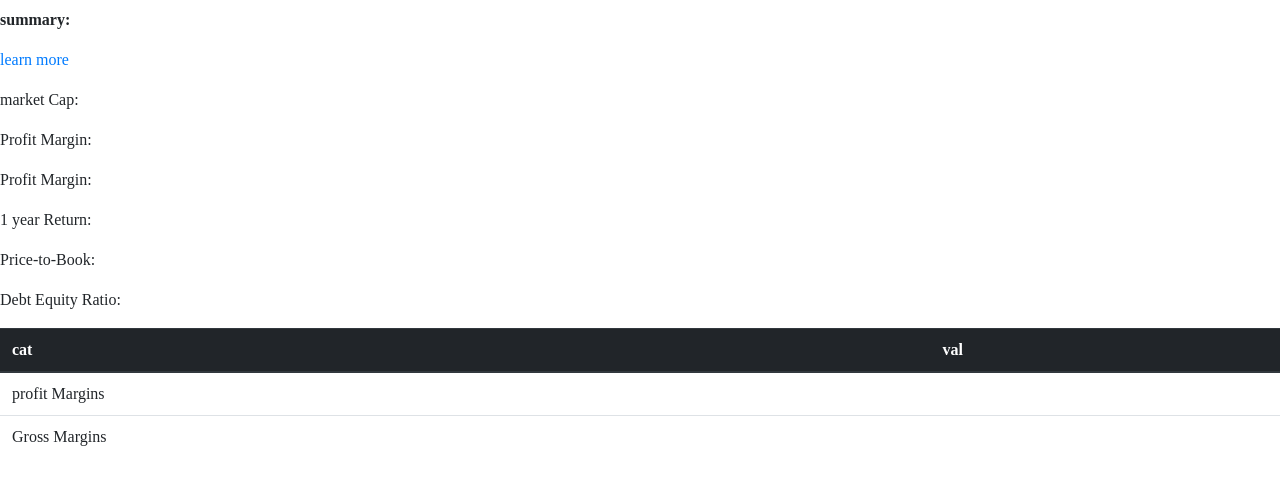
Repository: brendan12372/theSite
Page: topTen/templates/stocks/stock_detail.html
These files come from the project's save history. The page is drawn as it stood at one moment and after the next save; the edit follows.
The browser window is 1280 px wide. The pictures show the whole page.
Some web libraries are served in a nearby version. The page is served by the project's application, run on Django 4.2 (manage.py). Other server files are loaded and not shown. The template is opened directly, without the code that normally fills it, so the values that code supplies are empty.

Above is the page before, as saved 2022-03-15 00:07:28.

### topTen/templates/stocks/stock_detail.html
{% load static %}
{{ static }}

<html lang="en">
  <head>
    <!-- Required meta tags -->
    <meta charset="utf-8">
    <meta name="viewport" content="width=device-width, initial-scale=1, shrink-to-fit=no">

    <!-- Bootstrap CSS -->
    <link rel="stylesheet" href="https://cdn.jsdelivr.net/npm/bootstrap@4.0.0/dist/css/bootstrap.min.css" integrity="sha384-Gn5384xqQ1aoWXA+058RXPxPg6fy4IWvTNh0E263XmFcJlSAwiGgFAW/dAiS6JXm" crossorigin="anonymous">
    <link rel="stylesheet" type="text/css" href="{% static 'topTen/style.css' %}"><!doctype html>

    <title>Hello, world!</title>
  </head>
  <body>

    <h1 class="display-3 text-center">{{ object.shortName }}</h1>
    <p class="text-start font-weight-bold"> summary:</p><p>{{ object.summary }}</p>
    <p>{{object.news}}<a href={{object.link}}>learn more</a> </p>

    <p>market Cap: {{ object.marketCap }}</p>


    <p>Profit Margin: {{ object.profitMargins }}</p>
    <p>Profit Margin: {{ object.grossMargins }}</p>
    <p>1 year Return: {{ object.yearReturn }}</p>
    <p>Price-to-Book: {{ object.PriceToBook}}</p>
    <p>Debt Equity Ratio: {{ object.debtEquityRatio}}</p>

    <table class="table">
      <thead class="thead-dark">
        <tr>
          <th scope="col">cat</th>
          <th scope="col">val</th>
        </tr>
      </thead>
      <tbody>
        <tr>
          <td>profit Margins</td>
          <td>{{object.profitMargins}}</td>
        </tr>
        <tr>
          <td>Gross Margins</td>
          <td>{{object.grossMargins}}</td>
        </tr>

      </tbody>
    </table>




    <!-- Optional JavaScript -->
    <!-- jQuery first, then Popper.js, then Bootstrap JS -->
    <script src="https://code.jquery.com/jquery-3.2.1.slim.min.js" integrity="sha384-KJ3o2DKtIkvYIK3UENzmM7KCkRr/rE9/Qpg6aAZGJwFDMVNA/GpGFF93hXpG5KkN" crossorigin="anonymous"></script>
    <script src="https://cdn.jsdelivr.net/npm/popper.js@1.12.9/dist/umd/popper.min.js" integrity="sha384-ApNbgh9B+Y1QKtv3Rn7W3mgPxhU9K/ScQsAP7hUibX39j7fakFPskvXusvfa0b4Q" crossorigin="anonymous"></script>
    <script src="https://cdn.jsdelivr.net/npm/bootstrap@4.0.0/dist/js/bootstrap.min.js" integrity="sha384-JZR6Spejh4U02d8jOt6vLEHfe/JQGiRRSQQxSfFWpi1MquVdAyjUar5+76PVCmYl" crossorigin="anonymous"></script>
  </body>
</html>

### tutorial/urls.py
from django.urls import path, include
from django.contrib import admin

urlpatterns = [
path('admin/', admin.site.urls),
path('', include('stocks.urls')),
path('topTen/', include('topTen.urls')),

]

### stocks/urls.py
from django.urls import path
from stocks import views
from django.contrib import admin

urlpatterns = [
    # path('stocks/', views.stocks_list),
    path('', views.stocks_list2),
    path('<int:pk>/', views.stocks_detail),
    path('<str:sector>/<str:sortBy>/<str:dir>', views.stocks_list),
    path('sectors/<str:sortBy>/<str:dir>', views.sector_list),

]

### topTen/urls.py
from django.urls import path
from topTen import views
urlpatterns = [
    # path('front/', views.front_list),
    # path('front/<int:pk>/', views.stocks_detail),
    path('sector/', views.sector_view,name='sector'),
    path('home/', views.vTwo,name='sort'),
    path('',views.home,name='home'),
    path('<int:pk>/', views.detail.as_view(),name='detail'),


]

### topTen/static/topTen/style.css
 /* Navbar container */
 .theOptions{
  background-color:lightblue;
  text-align: left;
     padding-left: 10%;
}
 article{
margin-top:30px;
 }
 body{
          font-family: "Noto Serif Armenian Light";

 }
.Key{
    background-color: lightblue;
}

.theList{
  background-color:darkgrey;
  text-align: left;
  margin-top: 5px;
    font-family: "Times";
}
p{
         font-family: "Noto Serif Armenian Light";

}
 .navbar {
  overflow: hidden;
  background-color: darkgrey;
  font-family: 'Noto Serif Armenian Light';
     margin-bottom: 30px;
}
 body {
   background-color:'green'
 }

/* Links inside the navbar */
.navbar a {
  float: left;
  font-size: 16px;
  color: white;
  text-align: center;
  padding: 14px 16px;
  text-decoration: none;
}

/* The dropdown container */
.dropdown {
  float: left;
  overflow: hidden;
}

/* Dropdown button */
.dropdown .dropbtn {
  font-size: 16px;
  border: none;
  outline: none;
  color: white;
  padding: 14px 16px;
  background-color: inherit;
  font-family: inherit; /* Important for vertical align on mobile phones */
  margin: 0; /* Important for vertical align on mobile phones */
}

/* Add a red background color to navbar links on hover */
.navbar a:hover, .dropdown:hover .dropbtn {
  background-color: red;
}

/* Dropdown content (hidden by default) */
.dropdown-content {
  display: none;
  position: absolute;
  background-color: #f9f9f9;
  min-width: 160px;
  box-shadow: 0px 8px 16px 0px rgba(0,0,0,0.2);
  z-index: 1;
}

/* Links inside the dropdown */
.dropdown-content a {
  float: none;
  color: black;
  padding: 12px 16px;
  text-decoration: none;
  display: block;
  text-align: left;
}

/* Add a grey background color to dropdown links on hover */
.dropdown-content a:hover {
  background-color: #ddd;
}

/* Show the dropdown menu on hover */
.dropdown:hover .dropdown-content {
  display: block;
}
label {
  ;
}

After the next save:
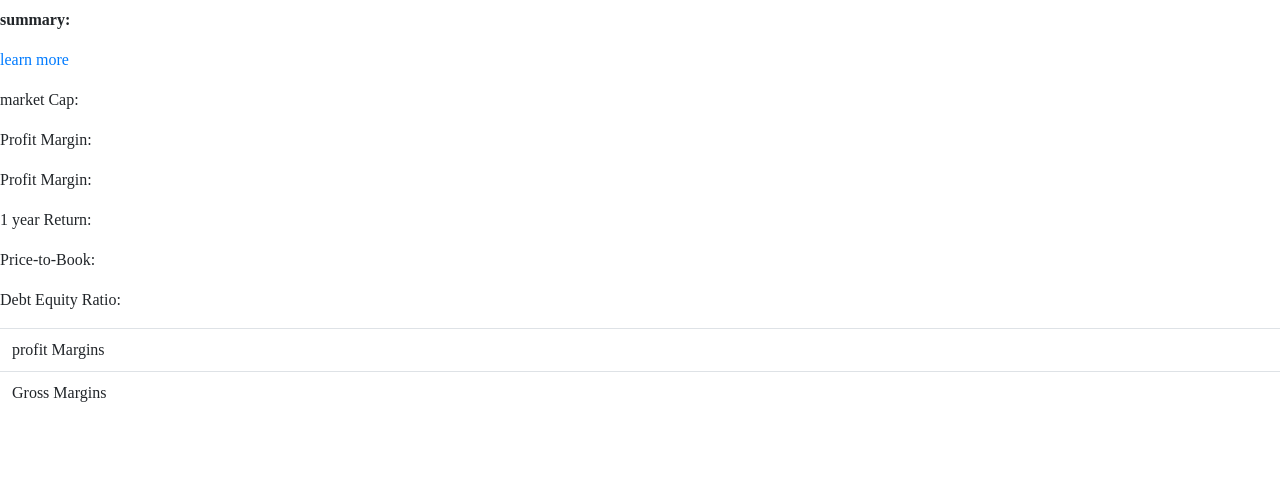
Saved 49 s later.
--- a/topTen/templates/stocks/stock_detail.html
+++ b/topTen/templates/stocks/stock_detail.html
@@ -29,12 +29,12 @@
     <p>Debt Equity Ratio: {{ object.debtEquityRatio}}</p>
 
     <table class="table">
-      <thead class="thead-dark">
+      <!-- <thead class="thead-dark">
         <tr>
           <th scope="col">cat</th>
           <th scope="col">val</th>
         </tr>
-      </thead>
+      </thead> -->
       <tbody>
         <tr>
           <td>profit Margins</td>
